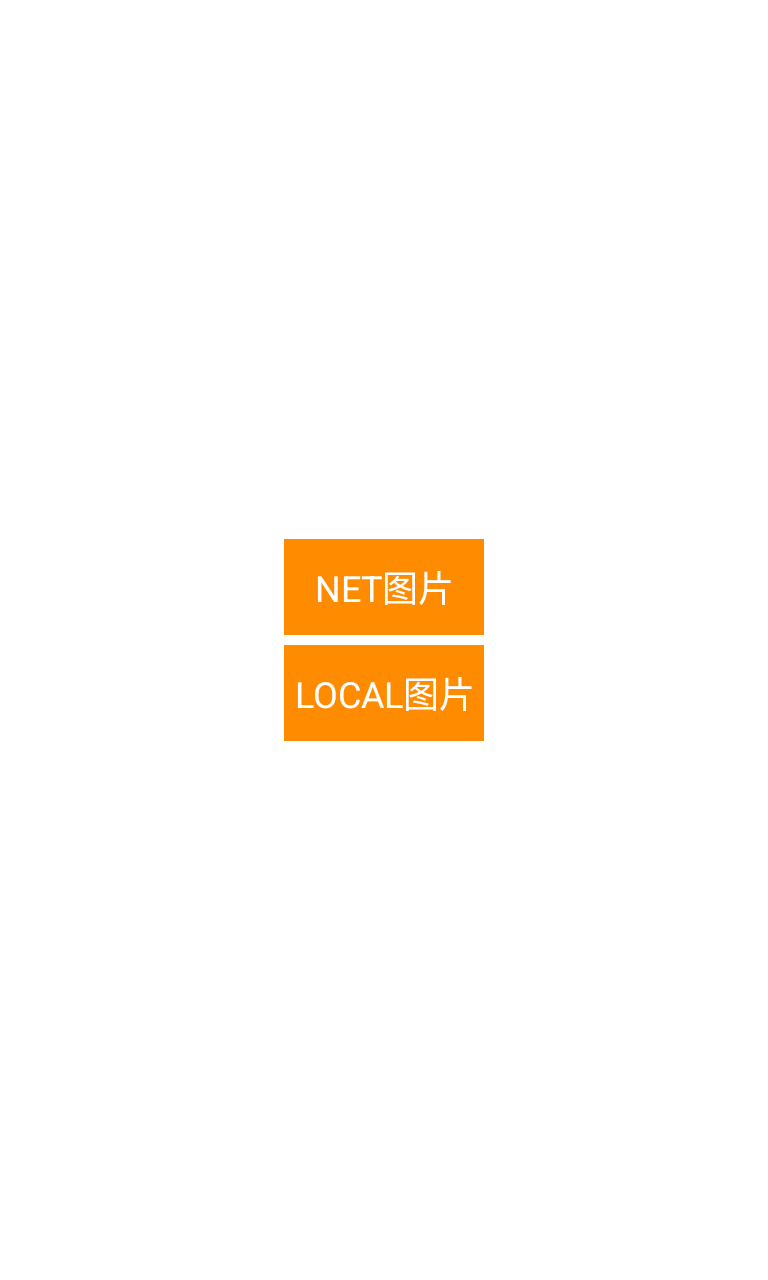
Repository: taiyang0725/Android
Layout: TestViewPage/res/layout/b.xml
An editor plug-in stored every save of this project. The layout is shown before and after the next save, followed by the edit.
It is drawn on a 768 x 1280 px phone screen (xhdpi) without system bars, with theme AppTheme; the app's code is not run.

Above is the layout before, as saved 2015-05-14 06:58:09.

### TestViewPage/res/layout/b.xml
<?xml version="1.0" encoding="utf-8"?>
<RelativeLayout xmlns:android="http://schemas.android.com/apk/res/android"
    android:layout_width="match_parent"
    android:layout_height="match_parent"
    android:background="@android:drawable/divider_horizontal_dim_dark" >

   <LinearLayout
       android:layout_width="wrap_content"
        android:layout_height="wrap_content"
        android:layout_centerInParent="true"
        android:orientation="vertical"
       >
    <Button
        android:id="@+id/btn_pic_net"
        android:layout_width="100dp"
        android:layout_height="wrap_content"
        android:background="#FF8C00"
        android:text="NET图片"
        android:textColor="#FFFFFF"
        />
    <Button
        android:id="@+id/btn_pic_local"
        android:layout_width="100dp"
        android:layout_height="wrap_content"
        android:layout_marginTop="5dp"
        android:background="#FF8C00"
       android:textColor="#FFFFFF"
        android:text="LOCAL图片"
        />

   </LinearLayout>

</RelativeLayout>

### TestViewPage/res/values/styles.xml
<resources xmlns:android="http://schemas.android.com/apk/res/android">

    <!--
        Base application theme, dependent on API level. This theme is replaced
        by AppBaseTheme from res/values-vXX/styles.xml on newer devices.





    -->
    <style name="AppBaseTheme" parent="android:Theme.Light">
        <!--
            Theme customizations available in newer API levels can go in
            res/values-vXX/styles.xml, while customizations related to
            backward-compatibility can go here.





        -->
    </style>

    <!-- Application theme. -->
    <style name="AppTheme" parent="AppBaseTheme">
        <!-- All customizations that are NOT specific to a particular API-level can go here. -->
    </style>

    <style name="set_title">
        <item name="android:layout_width">match_parent</item>
        <item name="android:layout_height">40dp</item>
        <item name="android:orientation">horizontal</item>
    </style>

    <style name="set_layout">
        <item name="android:layout_width">0dp</item>
        <item name="android:layout_weight">1</item>
        <item name="android:layout_height">wrap_content</item>

    </style>

    <style name="set_txt">
        <item name="android:layout_width">wrap_content</item>
        <item name="android:layout_height">wrap_content</item>
        <item name="android:orientation">vertical</item>

    </style>

    <style name="set_btn">
        <item name="android:layout_width">35dp</item>
        <item name="android:layout_height">35dp</item>
    </style>

</resources>

Loaded but not shown: TestViewPage/res/values-v11/styles.xml (common file); TestViewPage/res/values-v14/styles.xml (common file)

After the next save:
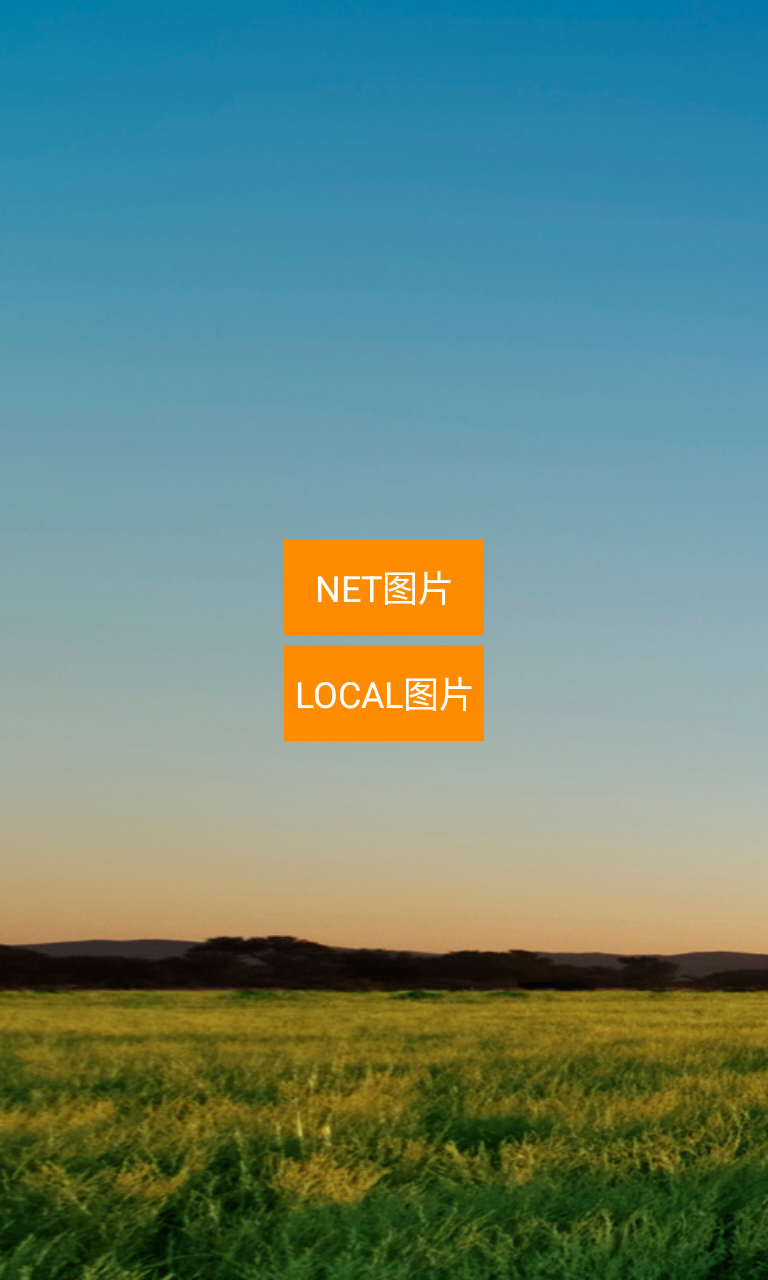
Saved 17 s later.
--- a/TestViewPage/res/layout/b.xml
+++ b/TestViewPage/res/layout/b.xml
@@ -2,7 +2,7 @@
 <RelativeLayout xmlns:android="http://schemas.android.com/apk/res/android"
     android:layout_width="match_parent"
     android:layout_height="match_parent"
-    android:background="@android:drawable/divider_horizontal_dim_dark" >
+    android:background="@drawable/bg_not_login" >
 
    <LinearLayout
        android:layout_width="wrap_content"
